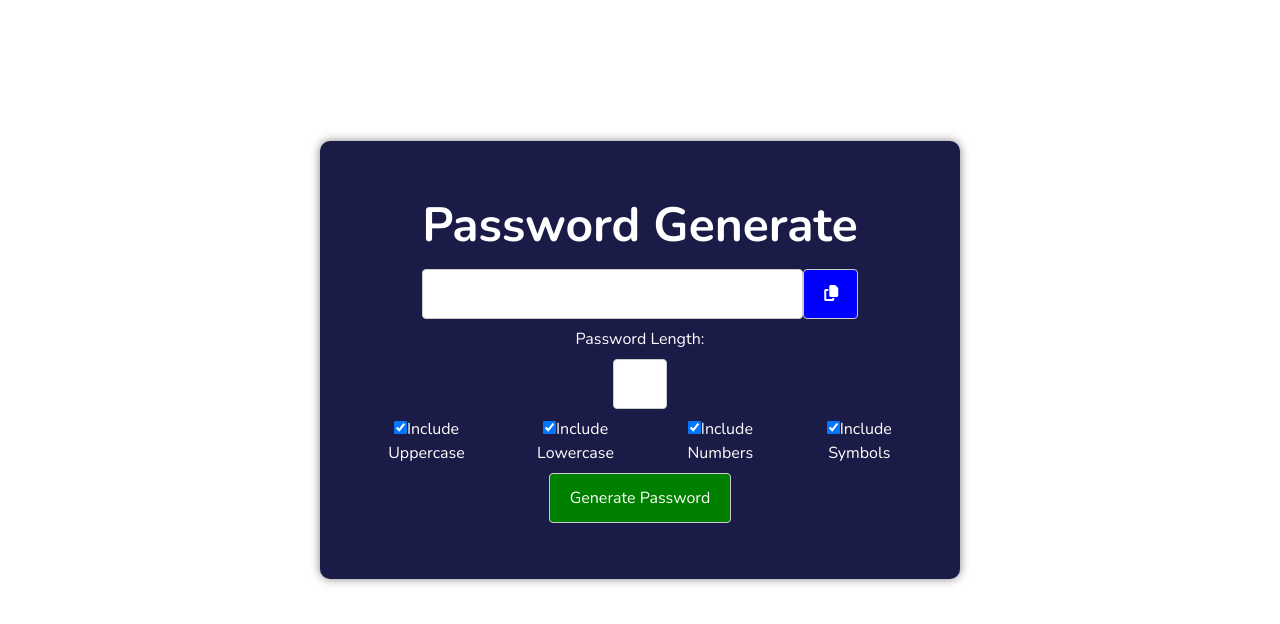
Repository: sriram1224/Password-generator
Page: / (app in password-generator/)
These files come from the project's save history. The page is drawn as it stood at one moment and after the next save; the edit follows.
The browser window is 1280 px wide. The pictures show the whole page.
Some web fonts or font styles are not loaded; a fallback is used. Some web libraries are served in a nearby version. The project was rebuilt for these pictures with package versions that can differ from the ones it lists, and the page was loaded fresh each time.

Above is the page before, as saved 2024-03-10 22:00:51.

After the next save:
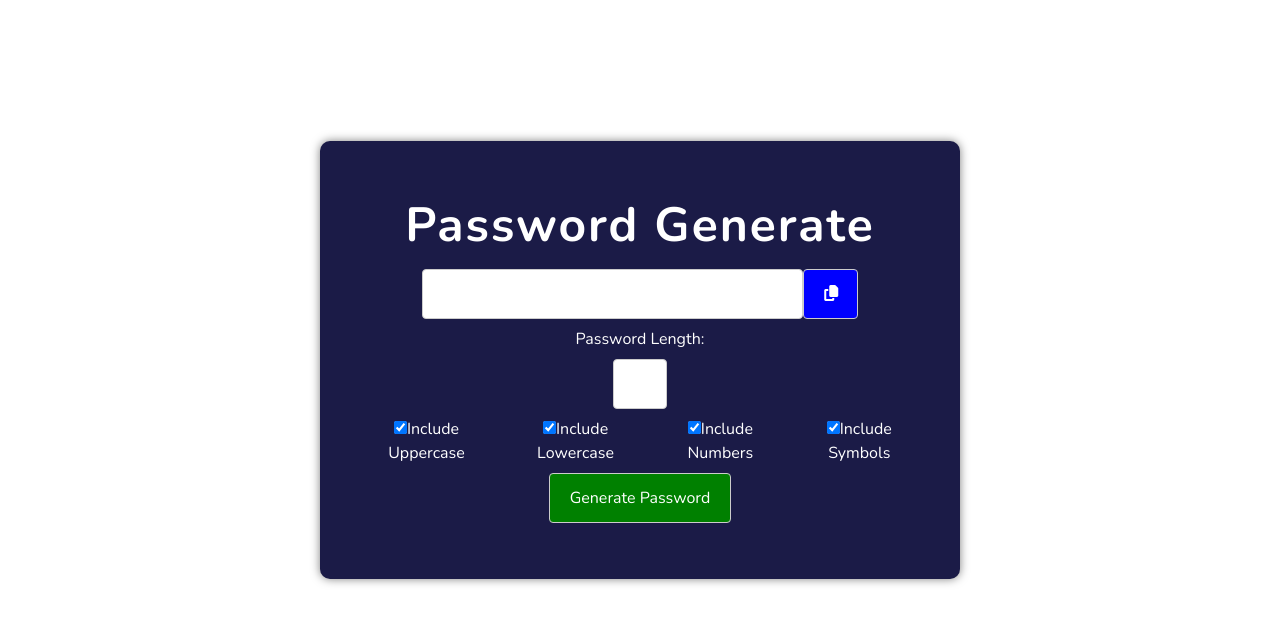
Saved 13 s later.
--- a/password-generator/src/Components/content.css
+++ b/password-generator/src/Components/content.css
@@ -78,5 +78,6 @@
 }
 .main h1{
     font-size: 3rem;
+    letter-spacing: 2px;
     font-weight: 700;
 }
